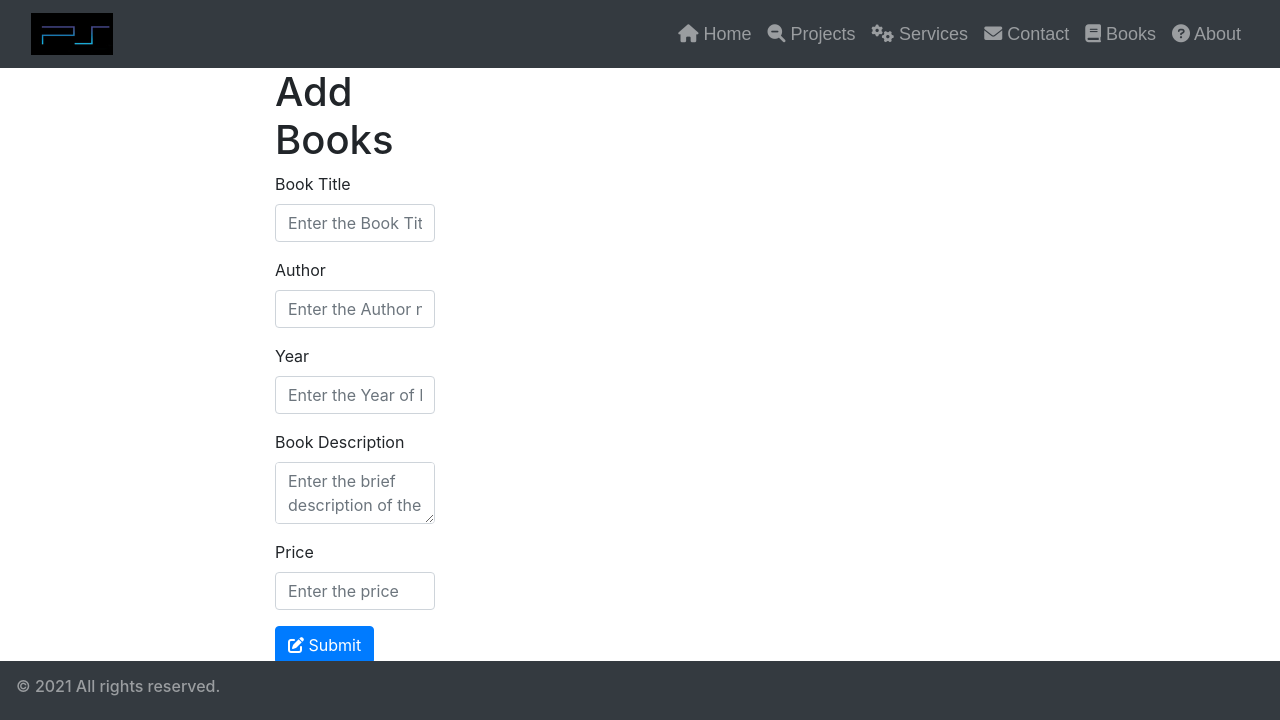
Repository: ParambirParambir/Assignment02
Page: http://localhost/book-list/add
These files come from the project's save history. The page is drawn as it stood at one moment and after the next save; the edit follows.
The browser window is 1280 px wide. The pictures show the whole page.
Some web libraries are served in a nearby version. The page is served by the project's Node server (server/config/app.js).

Above is the page before, as saved 2021-10-21 19:55:02.

After the next save:
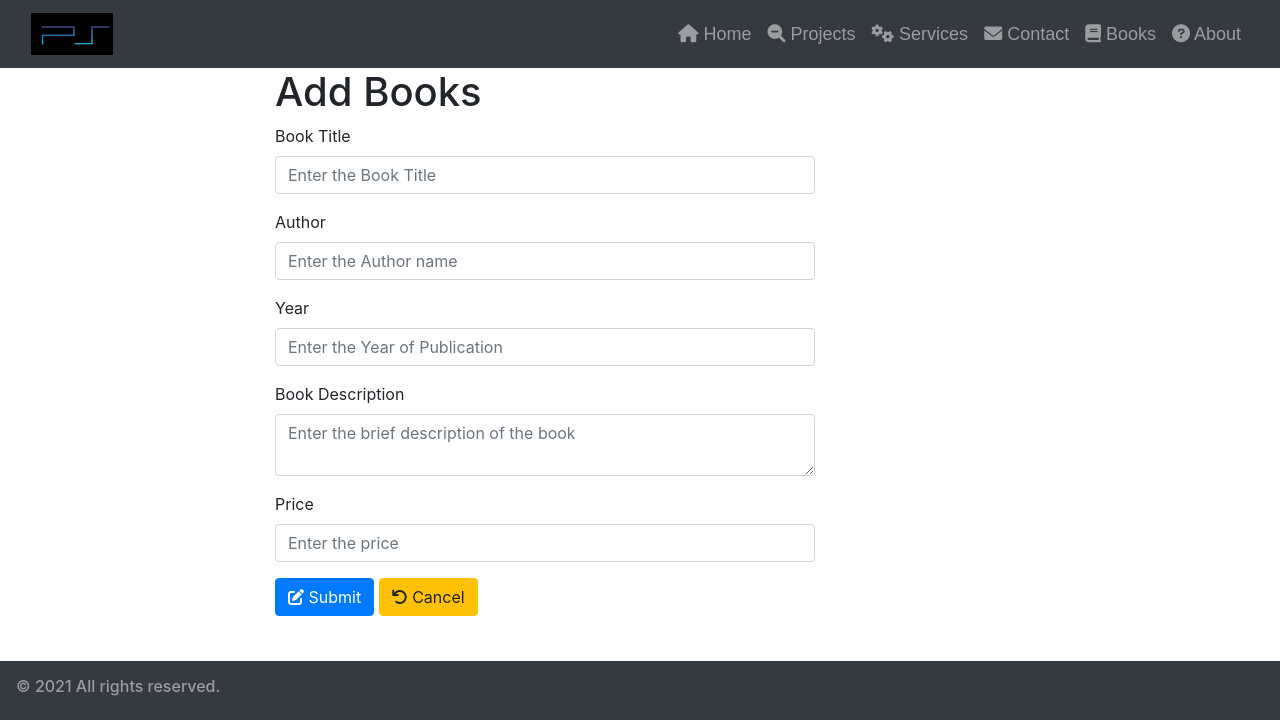
Saved 26 s later.
--- a/server/views/book/add.ejs
+++ b/server/views/book/add.ejs
@@ -5,7 +5,7 @@
 <!--Main content for Add page-->
 <div class="container">
     <div class="row">
-        <div class="offset-md-2 col-md-2">
+        <div class="offset-md-2 col-md-6">
           <h1><%= title %></h1>
 
             <form class="form" method="post">
